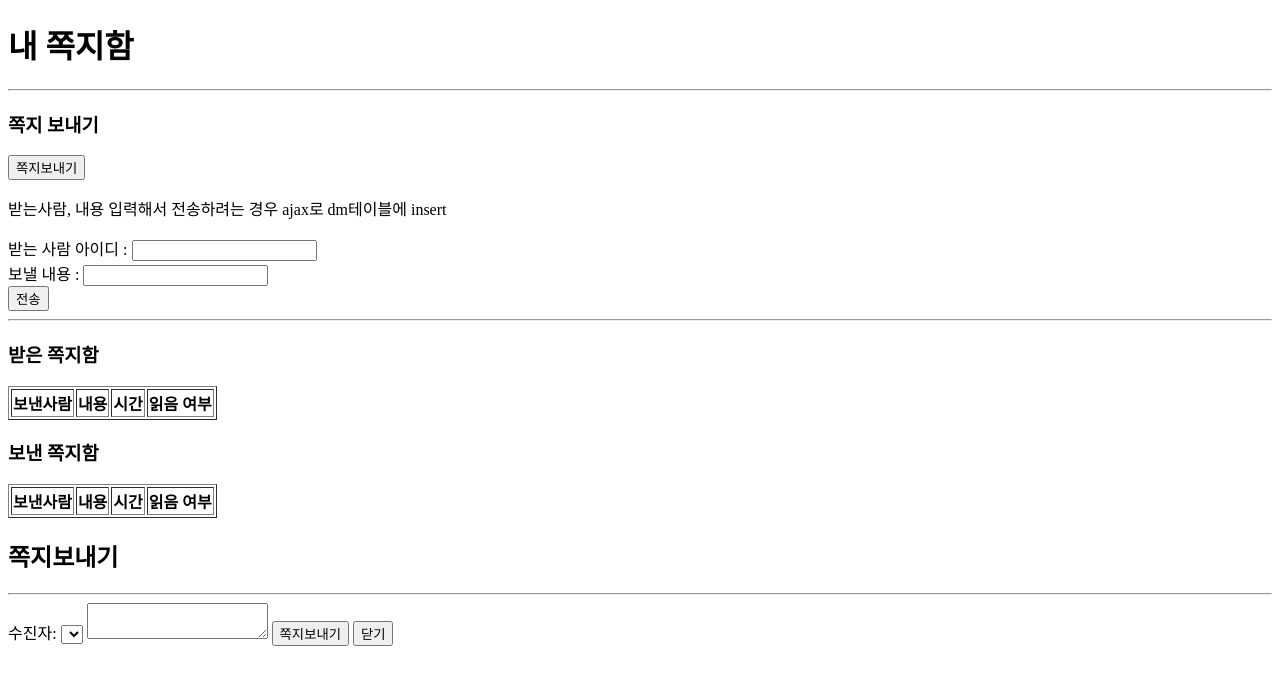
Repository: ParkHyeonju12/Spring
Page: http://localhost/05_Spring_Websocket/WEB-INF/views/dm/dmMain.jsp
The author's editor kept a copy of each file at every save. The page is drawn from the files as they stood at one save, then again after the next save.
The browser window is 1280 px wide. The pictures show the whole page.
The page is served by Tomcat 9. Nobody is signed in. Other server files are loaded and not shown. The template is opened directly, without the code that normally fills it, so the values that code supplies are empty.

Above is the page before, as saved 2022-10-14 02:52:24.

### 05_Spring_Websocket/src/main/webapp/WEB-INF/views/dm/dmMain.jsp
<%@ page language="java" contentType="text/html; charset=UTF-8"
	pageEncoding="UTF-8"%>
<!DOCTYPE html>
<html>
<head>
<meta charset="UTF-8">
<title>Insert title here</title>
<script src="https://code.jquery.com/jquery-3.6.1.js"></script>
</head>
<body>
	<h1>내 쪽지함</h1>
	<hr>
	<h3>쪽지 보내기</h3>
	<button onclick="sendDmModal();">쪽지보내기</button>
	<p>받는사람, 내용 입력해서 전송하려는 경우 ajax로 dm테이블에 insert</p>
	받는 사람 아이디 :
	<input type="text" id="receiver">
	<br> 보낼 내용 :
	<input type="text" id="dmContent">
	<br>
	<button name="dmBtn">전송</button>
	<span id="dmChk"></span>
	</form>
	<hr>
	<h3>받은 쪽지함</h3>
	<table border="1" class="receiveDmTbl">
		<tr>
			<th>보낸사람</th>
			<th>내용</th>
			<th>시간</th>
			<th>읽음 여부</th>
		</tr>
	</table>
	<h3>보낸 쪽지함</h3>
	<table border="1" class="sendDmTbl">
		<tr>
			<th>보낸사람</th>
			<th>내용</th>
			<th>시간</th>
			<th>읽음 여부</th>
		</tr>
	</table>
	<!-- 쪽지 보내기 모달 -->
	<div id="sendDm-modal" class="modal-wrapper">
		<div class="modal">
			<div class="modal-header">
				<h2>쪽지보내기</h2>
			</div>
			<hr>
			<div class="modal-content">
				<div class="sendDmFrm">
					<label>수진자: </label>
					<select name="receiver"></select>
					<textarea name="dmContent"></textarea>
					<button onclick="dmSend();">쪽지보내기</button>
					<button onclick="closeModal();">닫기</button>
				</div>
			</div>
		</div>
	</div>
	<script>
		$("[name=dmBtn]").on("click", function() {
			const receiver = $("#receiver").val();
			const dmContent = $("#dmContent").val();
			$.ajax({
				url : "/insertDm.do",
				data : {
					receiver : receiver,
					dmContent : dmContent
				},
				success : function(data) {
					if (data == "0") {
						$("#dmChk").text("쪽지 전송 성공.");
						$("#dmChk").css("color", "green");
						receiver.remove();
						dmContent.remove();
					} else {
						$("#dmChk").text("쪽지 전송 실패.");
						$("#dmChk").css("color", "red");
					}
				}
			});

		});
		function sendDmModal() {

		}
	</script>
</body>
</html>

### 05_Spring_Websocket/src/main/webapp/resources/css/dmCss.css
@charset "UTF-8";

.modal-wrapper {
	position: fixed;
	width: 100vw;
	height: 100vh;
	background-color: rgba(0,0,0,0.5);
	top: 0;
	left: 0;
	display:none;
	justify-content: center;
	align-items: center;
}
.modal {
	width: 350px;
	background-color : #fff;

}
.modal-header{
	padding: 10px;
}
.modal-content{
	padding: 20px;
}
textarea[name="dmContent"]{
	width: 100%;
	height: 100px;
	resize: none;
}

After the next save:
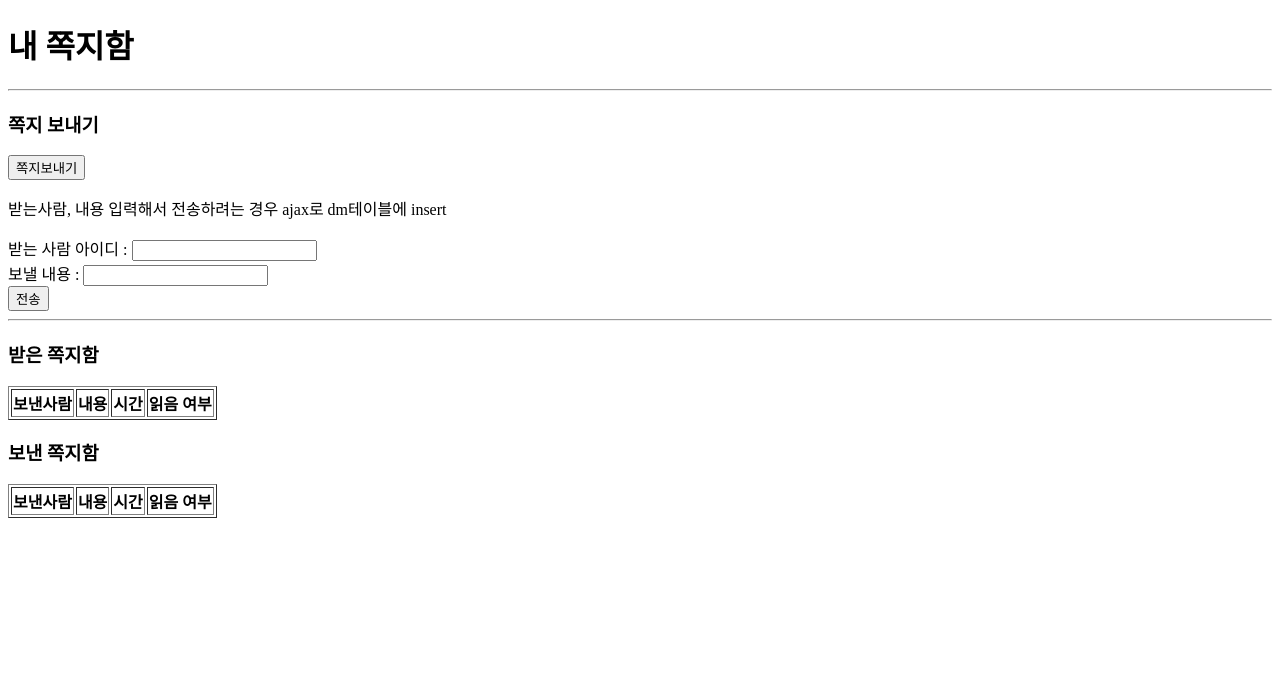
Saved 2 min 47 s later.
--- a/05_Spring_Websocket/src/main/webapp/WEB-INF/views/dm/dmMain.jsp
+++ b/05_Spring_Websocket/src/main/webapp/WEB-INF/views/dm/dmMain.jsp
@@ -5,6 +5,7 @@
 <head>
 <meta charset="UTF-8">
 <title>Insert title here</title>
+<link rel="stylesheet" href="/resources/css/dmCss.css">
 <script src="https://code.jquery.com/jquery-3.6.1.js"></script>
 </head>
 <body>
